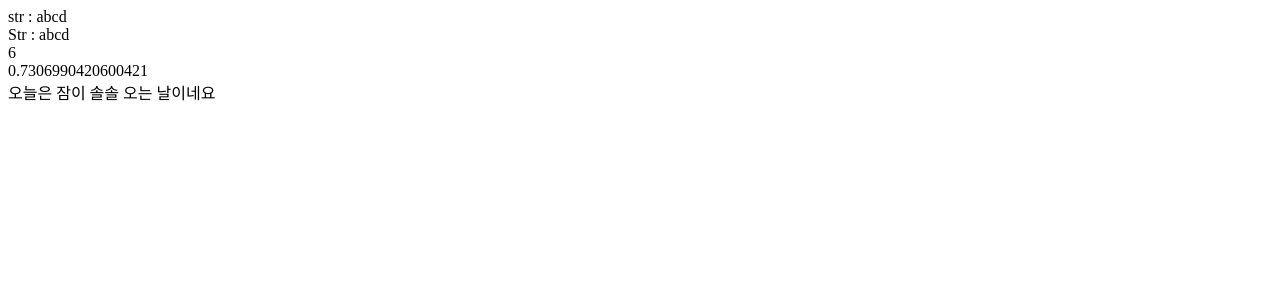
Repository: YangSungSim/java_jsp
Page: http://localhost/jsp_20191203/NewFile.jsp
An editor plug-in stored every save of this project. The page is shown before and after the next save, followed by the edit.
The browser window is 1280 px wide. The pictures show the whole page.
The page is served by Tomcat 9.

Above is the page before, as saved 2019-12-03 12:00:18.

After the next save:
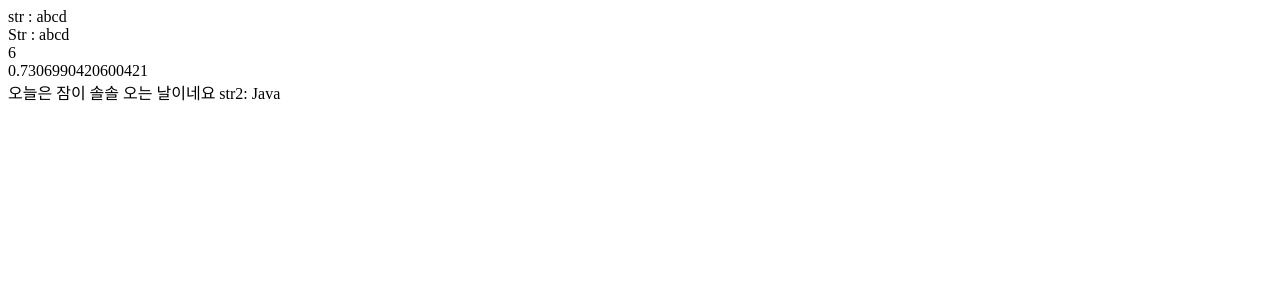
Saved 10 min 22 s later.
--- a/jsp_20191203/WebContent/NewFile.jsp
+++ b/jsp_20191203/WebContent/NewFile.jsp
@@ -2,6 +2,15 @@
 <%--JSP 주석(comment) --%>
 <%-- page 지시어(directive) --%>
 <%@ page contentType="text/html; charset=UTF-8" pageEncoding="UTF-8"%>
+<%!
+  //선언부(declaration) : JSE(0) jee(x)
+  // 변수, 메서드(함수) 선언
+  String str2 = "Java";
+  public void print(String str) {
+	  System.out.println("str:" + str);
+  }
+
+%>
 <%
 
   //scriptlet(스크립트릿): 변수/구문:JEE 영역(JSP)
@@ -11,6 +20,8 @@
   // out: JSP 기본(내장) 객체(인스턴스). 웹브라우저 화면 인쇄
   // 객체(인스턴스) 생성 과정 바로 사용할 수 있는 객체
   // 추후 현업에서는 JSTL/EL 혹은 타 태그 라이브러리로 대체되는 경향
+  // 여기서 println 메서드는 웹브라우저상의 개행(줄바꿈) 기능 없음
+  // 줄바꿈 => br 태그가 담당.
 %>
 <!DOCTYPE html>
 <html>
@@ -25,5 +36,6 @@ Str : <%= str %><br>
 <%=1+2+3 %><br>
 <%=Math.random() %> <br>
 <%= "오늘은 잠이 솔솔 오는 날이네요" %>
+str2: <%= str2 %>
 </body>
 </html>
